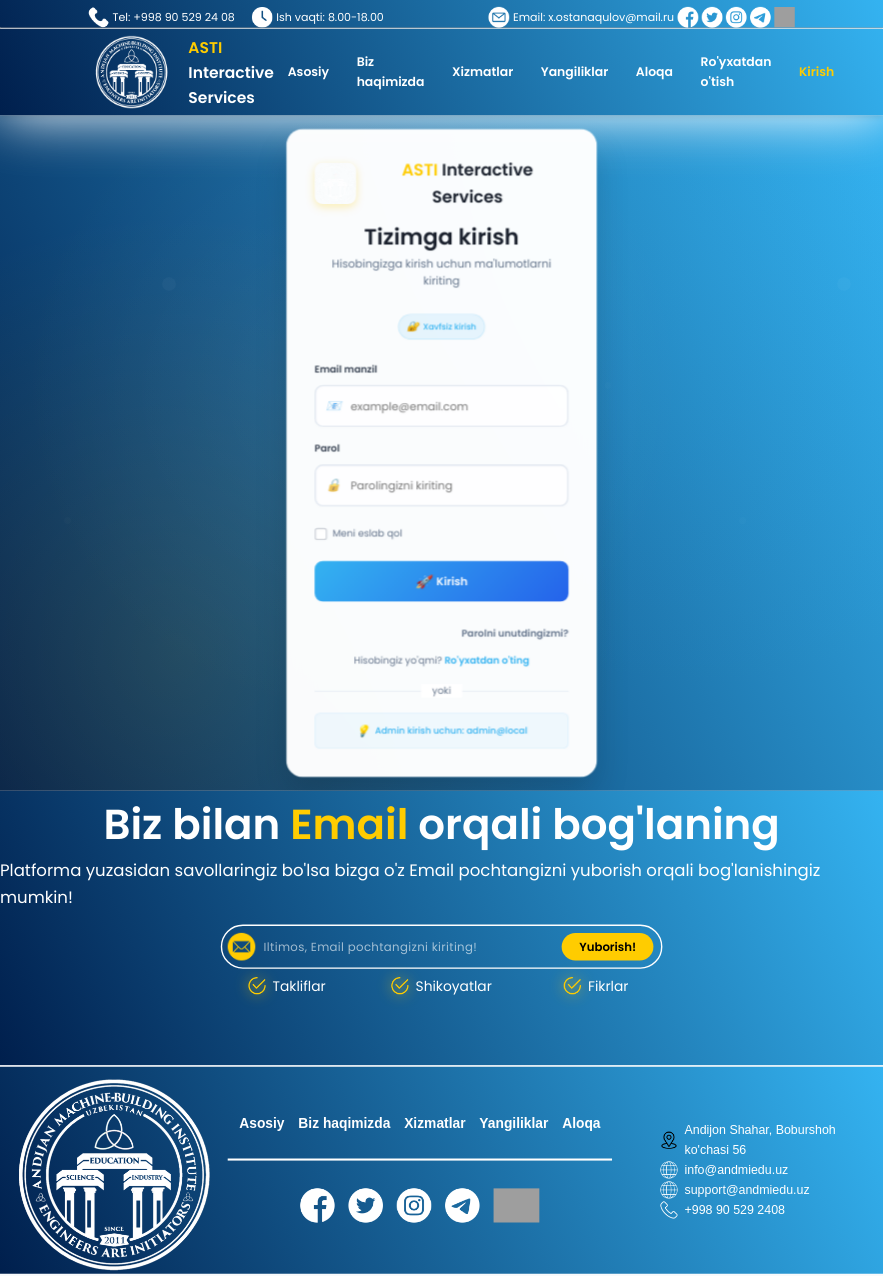
Repository: diyorbe-beep/University-Web-Site-in-React
Page: /login
An editor plug-in stored every save of this project. The page is shown before and after the next save, followed by the edit.
The browser window is 1280 px wide. The pictures show the whole page, at 69% of full size.
Pictures or frames that could not be fetched are drawn as grey boxes. The project was rebuilt for these pictures with package versions that can differ from the ones it lists, and the page was loaded fresh each time. Also part of the build but not shown: vite.config.js, src/Components/Hero/Hero.jsx, src/Pages/Home/Home.jsx, src/Components/Notifications/Notifications.css, src/Components/Notifications/Notifications.jsx, src/Components/Hero/HeroAbout.jsx, src/Pages/About/About.jsx, src/Components/Hero/HeroContact.jsx and 19 more.

Above is the page before, as saved 2025-09-25 17:30:29.

After the next save:
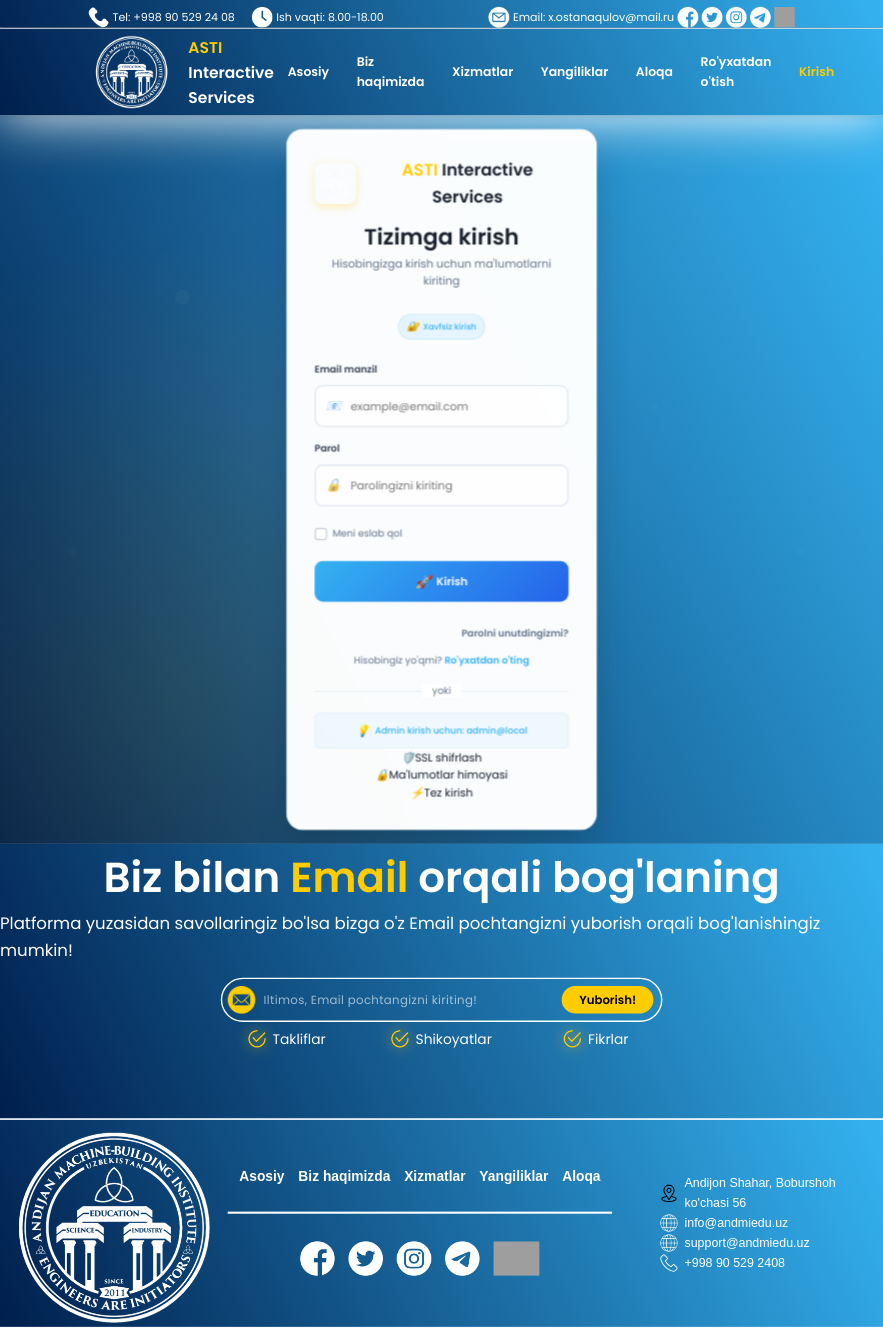
Saved 18 s later.
--- a/src/Pages/Login.jsx
+++ b/src/Pages/Login.jsx
@@ -210,6 +210,20 @@
           <p className="admin-hint">
             <i>💡</i> Admin kirish uchun: admin@local
           </p>
+          <div className="security-info">
+            <div className="security-item">
+              <i>🛡️</i>
+              <span>SSL shifrlash</span>
+            </div>
+            <div className="security-item">
+              <i>🔒</i>
+              <span>Ma'lumotlar himoyasi</span>
+            </div>
+            <div className="security-item">
+              <i>⚡</i>
+              <span>Tez kirish</span>
+            </div>
+          </div>
         </div>
       </div>
     </div>
